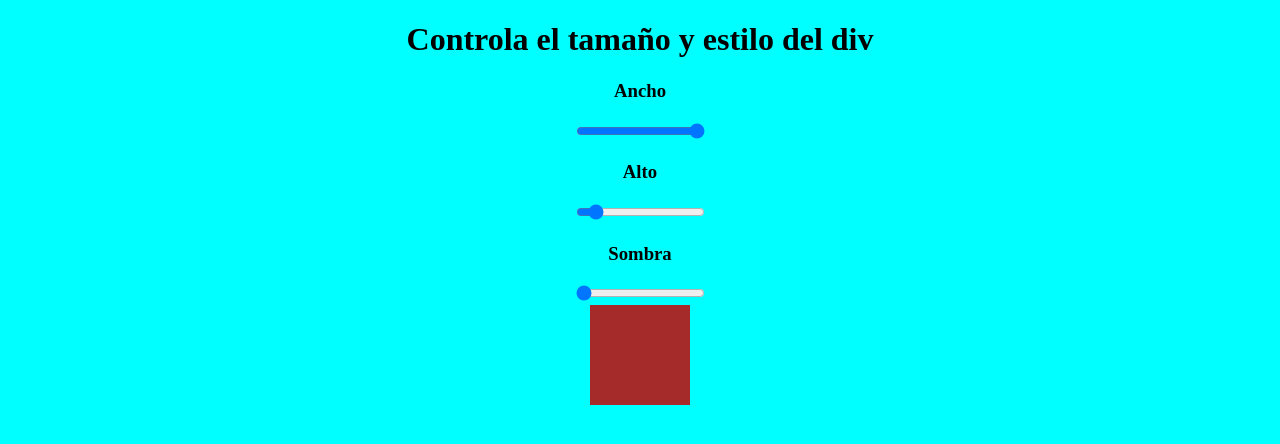
Repository: Kevin8548/Ejercicios-DOM
Page: Deslizador.html
An editor plug-in stored every save of this project. The page is shown before and after the next save, followed by the edit.
The browser window is 1280 px wide. The pictures show the whole page.

Above is the page before, as saved 2024-10-07 01:42:30.

### Deslizador.html
<!DOCTYPE html>
<html lang="es">
<head>
    <meta charset="UTF-8">
    <meta name="viewport" content="width=device-width, initial-scale=1.0">
    <title>Deslizadores</title>
    <link rel="stylesheet" href="deslizadores.css">
</head>
<body>
    <h1>Controla el tamaño y estilo del div</h1>
    <div>
        <h3>Ancho</h3>
        <input type="range" id="sliderAncho" min="50" max="100" value="100" step="1">
        <h3>Alto</h3>
        <input type="range" id="sliderAlto" min="50" max="500" value="100" step="1">
        <h3>Sombra</h3>
        <input type="range" id="sliderSombra" min="0" max="50" value="0" step="1">
    </div>
    <div class="div"></div>

    <script src="./colorsbg/deslizador.js"></script>
</body>
</html>

### deslizadores.css
body {
    background-color: aqua;
    text-align: center;
}

.div {
    width: 100px;
    height: 100px;
    background-color: brown;
    margin: 0 auto;
}

### colorsbg/deslizador.js
const sliderAncho = document.getElementById('sliderAncho');
const sliderAlto = document.getElementById('sliderAlto');
const sliderBorde = document.getElementById('sliderBorde');
const sliderSombra = document.getElementById('sliderSombra');
const div = document.querySelector('.div');

sliderAncho.addEventListener('input', function() {
    const nuevoAncho = sliderAncho.value + 'px';
    div.style.width = nuevoAncho;
});

sliderAlto.addEventListener('input', function() {
    const nuevoAlto = sliderAlto.value + 'px';
    div.style.height = nuevoAlto;
});

sliderSombra.addEventListener('input', function() {
    const sombra = sliderSombra.value + 'px';
    div.style.boxShadow = `0 0 ${sombra} rgba(0, 0, 0, 0.5)`;
});

After the next save:
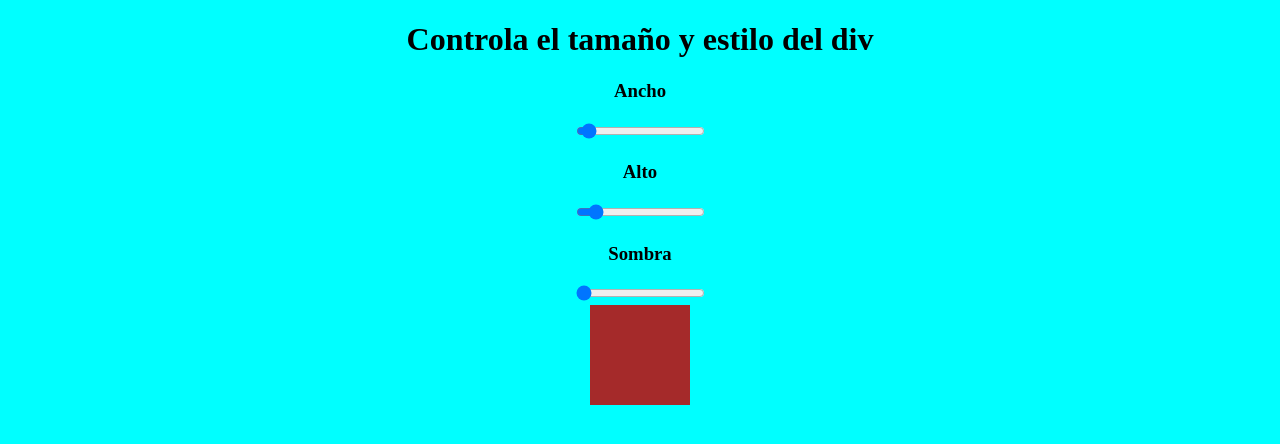
Saved 16 s later.
--- a/Deslizador.html
+++ b/Deslizador.html
@@ -10,7 +10,7 @@
     <h1>Controla el tamaño y estilo del div</h1>
     <div>
         <h3>Ancho</h3>
-        <input type="range" id="sliderAncho" min="50" max="100" value="100" step="1">
+        <input type="range" id="sliderAncho" min="50" max="1000" value="100" step="1">
         <h3>Alto</h3>
         <input type="range" id="sliderAlto" min="50" max="500" value="100" step="1">
         <h3>Sombra</h3>
